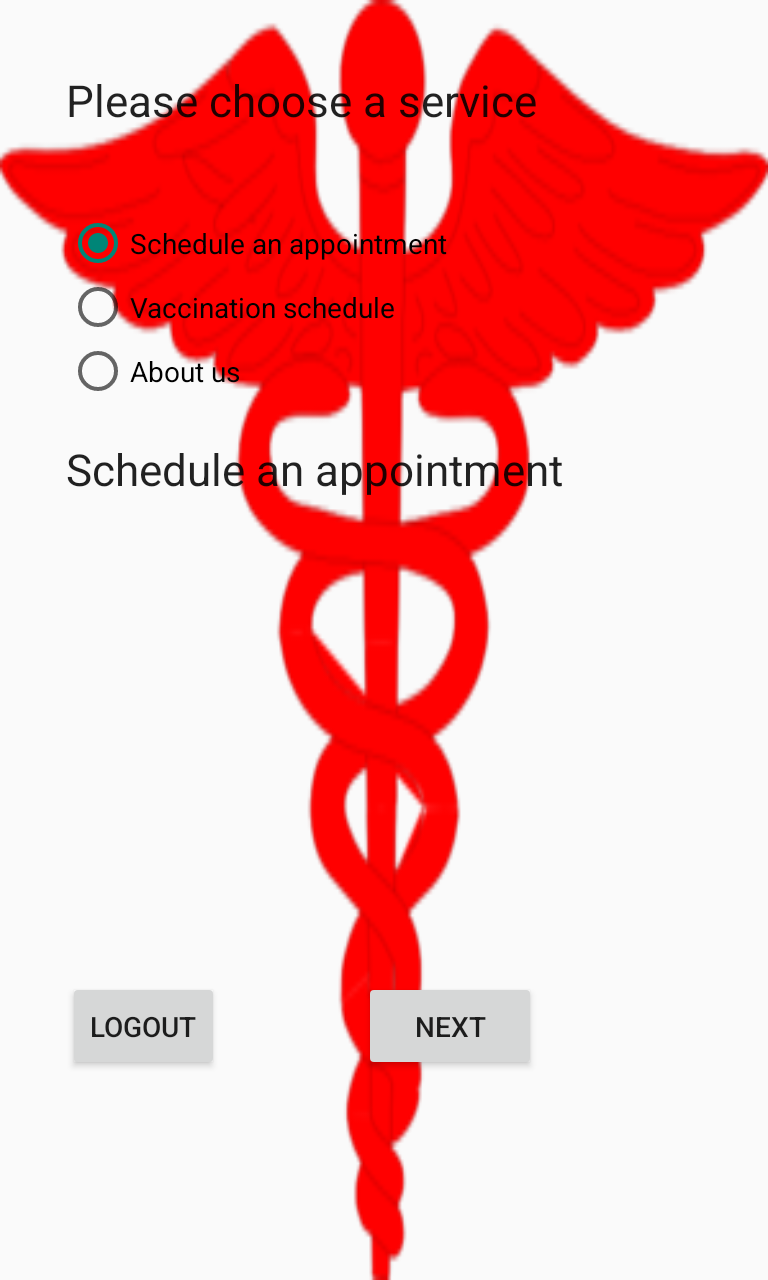
Repository: nave29/sem_1
Layout: VERSION_0.0/sem1_gica/res/layout/activity_list_services.xml
These files come from the project's save history. The layout is drawn as it stood at one moment and after the next save; the edit follows.
It is drawn on a 768 x 1280 px phone screen (xhdpi) without system bars, with theme AppTheme; the app's code is not run.

Above is the layout before, as saved 2014-09-09 06:46:49.

### VERSION_0.0/sem1_gica/res/layout/activity_list_services.xml
<RelativeLayout xmlns:android="http://schemas.android.com/apk/res/android"
    xmlns:tools="http://schemas.android.com/tools"
    android:layout_width="match_parent"
    android:layout_height="match_parent"
    android:paddingBottom="@dimen/activity_vertical_margin"
    android:paddingLeft="@dimen/activity_horizontal_margin"
    android:paddingRight="@dimen/activity_horizontal_margin"
    android:paddingTop="@dimen/activity_vertical_margin"
     android:background="@drawable/doc"
    tools:context="com.example.sem1_gica.ListServices" >


    <TextView
        android:id="@+id/textView1"
        android:layout_width="wrap_content"
        android:layout_height="wrap_content"
        android:layout_alignParentLeft="true"
        android:layout_alignParentTop="true"
        android:layout_marginLeft="17dp"
        android:layout_marginTop="19dp"
        android:text="Please choose a service"
        android:textAppearance="?android:attr/textAppearanceLarge" />

    <RadioGroup
        android:id="@+id/radioGroup1"
        android:layout_width="wrap_content"
        android:layout_height="wrap_content"
        android:layout_alignLeft="@+id/textView1"
        android:layout_below="@+id/textView1"
        android:layout_marginTop="41dp" >
    </RadioGroup>

    <RadioGroup
        android:id="@+id/radioGroup2"
        android:layout_width="wrap_content"
        android:layout_height="wrap_content"
        android:layout_alignLeft="@+id/radioGroup1"
        android:layout_below="@+id/radioGroup1" >

        <RadioButton
            android:id="@+id/radio0"
            android:layout_width="wrap_content"
            android:layout_height="wrap_content"
            android:checked="true"
            android:text="Schedule an appointment" />

        <RadioButton
            android:id="@+id/radio1"
            android:layout_width="wrap_content"
            android:layout_height="wrap_content"
            android:text="Vaccination schedule" />

        <RadioButton
            android:id="@+id/radio2"
            android:layout_width="wrap_content"
            android:layout_height="wrap_content"
            android:text="About us" />
    </RadioGroup>

    <Button
        android:id="@+id/button3"
        android:layout_width="wrap_content"
        android:layout_height="wrap_content"
        android:layout_alignParentBottom="true"
        android:layout_alignRight="@+id/textView1"
        android:layout_marginBottom="87dp"
        android:text="Next" />

    <Button
        android:id="@+id/button1"
        style="?android:attr/buttonStyleSmall"
        android:layout_width="wrap_content"
        android:layout_height="wrap_content"
        android:layout_alignLeft="@+id/radioGroup2"
        android:layout_alignTop="@+id/button3"
        android:text="Logout" />

    <TextView
        android:id="@+id/textView2"
        android:layout_width="wrap_content"
        android:layout_height="wrap_content"
        android:layout_alignLeft="@+id/radioGroup2"
        android:layout_below="@+id/radioGroup2"
        android:layout_marginTop="18dp"
        android:text="Schedule an appointment"
        android:textAppearance="?android:attr/textAppearanceLarge" />

</RelativeLayout>

Loaded but not shown: VERSION_0.0/sem1_gica/res/values/styles.xml (common file); VERSION_0.0/sem1_gica/res/values-v11/styles.xml (common file); VERSION_0.0/sem1_gica/res/values-v14/styles.xml (common file); VERSION_0.0/sem1_gica/res/values/dimens.xml (common file); VERSION_0.0/sem1_gica/res/values-w820dp/dimens.xml (common file)

After the next save:
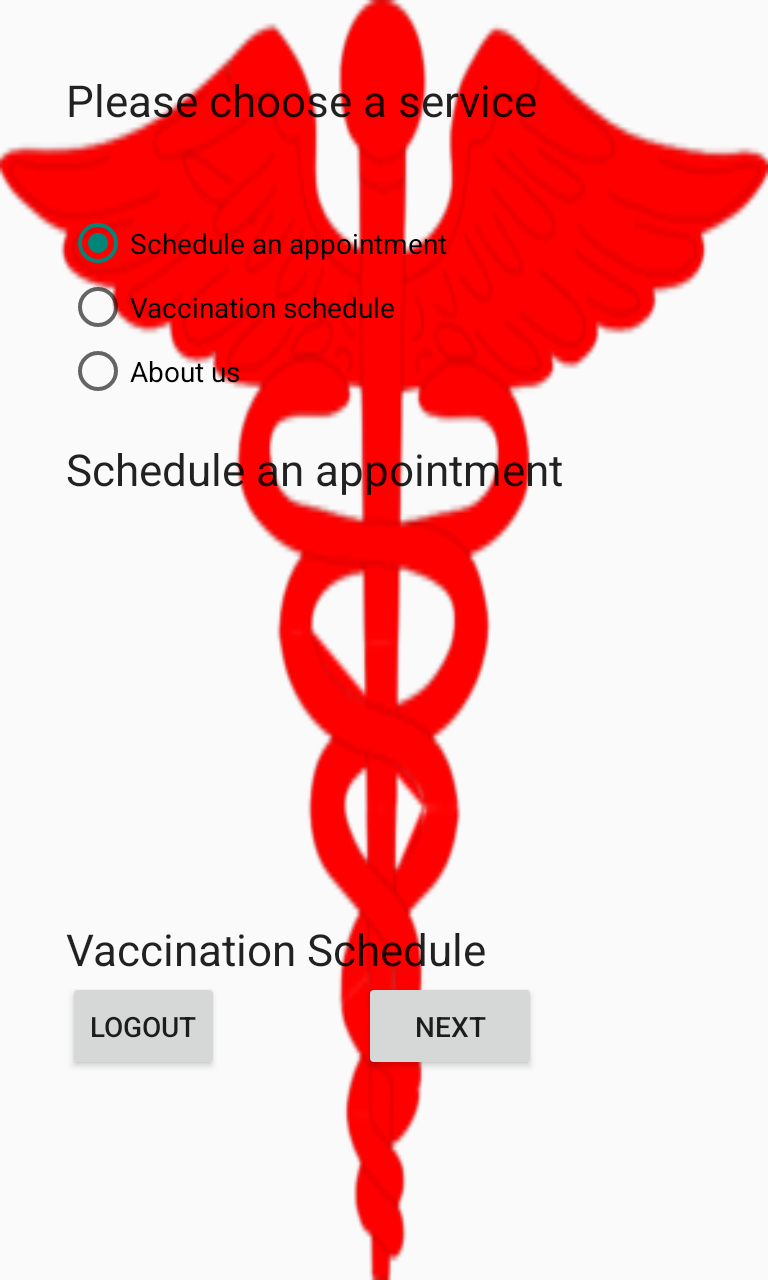
Saved 36 s later.
--- a/VERSION_0.0/sem1_gica/res/layout/activity_list_services.xml
+++ b/VERSION_0.0/sem1_gica/res/layout/activity_list_services.xml
@@ -85,4 +85,13 @@
         android:text="Schedule an appointment"
         android:textAppearance="?android:attr/textAppearanceLarge" />
 
+    <TextView
+        android:id="@+id/textView3"
+        android:layout_width="wrap_content"
+        android:layout_height="wrap_content"
+        android:layout_above="@+id/button1"
+        android:layout_alignLeft="@+id/button1"
+        android:text="Vaccination Schedule"
+        android:textAppearance="?android:attr/textAppearanceLarge" />
+
 </RelativeLayout>
